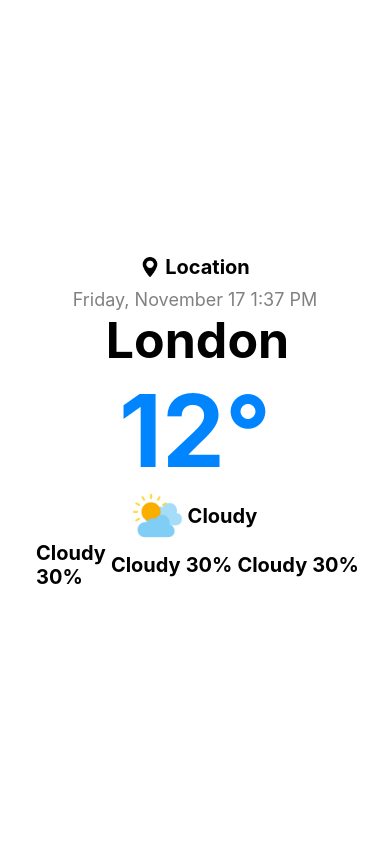
Repository: praveen080/react-native-weatherAppV1
Screen: /
An editor plug-in stored every save of this project. The screen is shown before and after a run of saves, followed by the edit.
The app was drawn by React Native's web renderer in a window 390 px wide. The project was rebuilt for these pictures with package versions that can differ from the ones it lists, and the page was loaded fresh each time. Also part of the build but not shown: Screens/startUp.js.

Above is the screen before, as saved 2023-11-17 13:49:46.

### App.js
import { StatusBar } from "expo-status-bar";
import { StyleSheet, Text, View } from "react-native";
import StartPage from "./Screens/startUp";
import Home from "./Screens/Home";

export default function App() {
  return (
    <View style={styles.container}>
      {/* <StartPage /> */}
      <Home />
    </View>
  );
}

const styles = StyleSheet.create({
  container: {
    flex: 1,
    backgroundColor: "#ff f",
    alignItems: "center",
    justifyContent: "center",
  },
});

### Screens/Home.js
import React from "react";
import { View, Text, Image, TouchableOpacity, StyleSheet } from "react-native";

const Home = () => {
  const currentDate = new Date();

  // Format the date and time
  const formattedDate = currentDate.toLocaleDateString("en-US", {
    weekday: "long",
    day: "numeric",
    month: "long",
  });

  const formattedTime = currentDate.toLocaleTimeString("en-US", {
    hour: "numeric",
    minute: "numeric",
    hour12: true,
  });
  return (
    <View style={styles.container}>
      {/* Location Text with Icon */}
      <TouchableOpacity style={styles.locationContainer}>
        <Image source={require("./assets/location.png")} style={styles.icon} />
        <Text style={styles.locationText}>Location</Text>
      </TouchableOpacity>

      {/* Current Time and Date */}
      <Text style={styles.dateTimeText}>
        {formattedDate} {formattedTime}
      </Text>
      <Text style={styles.location}>London</Text>

      {/* Numbers */}
      <View style={styles.numbersContainer}>
        <Text style={styles.number}>12°</Text>
      </View>

      <View style={styles.locationContainer}>
        <Image
          source={require("./assets/cloudy-day.png")}
          style={styles.iconS}
        />
        <Text style={styles.locationText}>Cloudy</Text>
      </View>
      <View style={styles.locationContainer}>
        <View >
          <Text style={styles.locationText}>Cloudy</Text>
          <Text style={styles.locationText}>30%</Text>
        </View>
        <View style={styles.locationContainer}>
          <Text style={styles.locationText}>Cloudy</Text>
          <Text style={styles.locationText}>30%</Text>
        </View>
        <View style={styles.locationContainer}>
          <Text style={styles.locationText}>Cloudy</Text>
          <Text style={styles.locationText}>30%</Text>
        </View>
      </View>
    </View>
  );
};

export default Home;

export const styles = StyleSheet.create({
  container: {
    flex: 1,
    alignItems: "center",
    justifyContent: "center",
  },
  locationContainer: {
    flexDirection: "row",
    alignItems: "center",
  },
  locationText: {
    fontSize: 20,
    marginLeft: 5,
    fontWeight: "bold",
  },
  location: {
    fontSize: 50,
    marginLeft: 5,
    fontWeight: "bold",
  },
  icon: {
    width: 20,
    height: 20,
  },
  iconS: {
    width: 50,
    height: 50,
  },
  dateTimeText: {
    fontSize: 18,
    marginTop: 10,
    color: "grey",
  },
  numbersContainer: {
    flexDirection: "row",
    alignItems: "center",
    // marginTop: 20,
  },
  number: {
    fontSize: 100,
    // marginRight: 10,
    fontWeight: "bold",
    color: "#0085FE",
  },
  logo: {
    width: 100,
    height: 100,
    marginTop: 20,
  },
  card: {
    width: 350,
    height: 100,
    borderRadius: 10,
    backgroundColor: "lightblue",
    marginTop: 20,
  },
});

// // Weather.js

// import React, { useState } from "react";
// import { View, Text, TextInput, Button, StyleSheet } from "react-native";
// import axios from "axios";

// const Home = () => {
//   const [city, setCity] = useState("");
//   const [weatherData, setWeatherData] = useState(null);
//   const [error, setError] = useState("");

//   const apiKey = "2891236865fb81dd11cf0be56216e1cb";

//   const fetchWeatherData = async () => {
//     try {
//       const response = await axios.get(
//         `https://api.openweathermap.org/data/2.5/weather?q=${city}&appid=${apiKey}&units=metric`
//       );
//       setWeatherData(response.data);
//       setError("");
//     } catch (error) {
//       setWeatherData(null);
//       setError("City not found. Please try again.");
//     }
//   };

//   return (
//     <View style={styles.container}>
//       <Text style={styles.title}>Weather App</Text>
//       <TextInput
//         style={styles.input}
//         placeholder="Enter city"
//         value={city}
//         onChangeText={(text) => setCity(text)}
//       />
//       <Button title="Get Weather" onPress={fetchWeatherData} />
//       {weatherData && (
//         <View>
//           <Text>{`City: ${weatherData.name}`}</Text>
//           <Text>{`Temperature: ${weatherData.main.temp}°C`}</Text>
//           {/* Add more weather details as needed */}
//         </View>
//       )}
//       {error !== "" && <Text style={styles.error}>{error}</Text>}
//     </View>
//   );
// };

// const styles = StyleSheet.create({
//   container: {
//     flex: 1,
//     justifyContent: "center",
//     alignItems: "center",
//   },
//   title: {
//     fontSize: 20,
//     fontWeight: "bold",
//     marginBottom: 10,
//   },
//   input: {
//     height: 40,
//     borderColor: "gray",
//     borderWidth: 1,
//     marginBottom: 10,
//     padding: 10,
//     width: 200,
//   },
//   error: {
//     color: "red",
//     marginTop: 10,
//   },
// });

// export default Home;

After the next 3 saves:
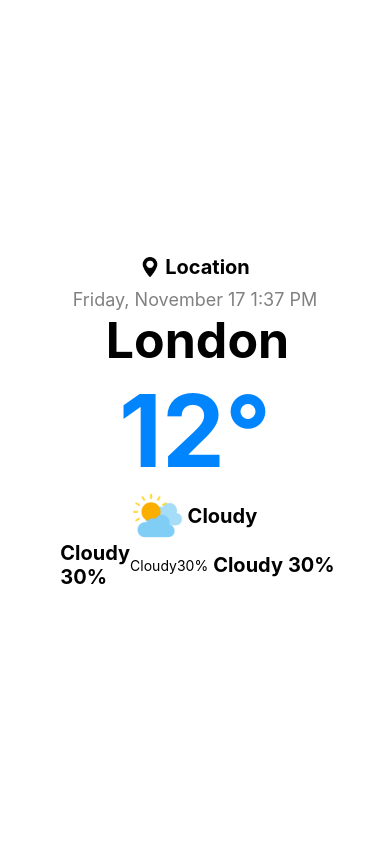
The 3 saves are shown as one change because 1 did not build or start and some came seconds apart.
The last was saved 17 s later.
--- a/Screens/Home.js
+++ b/Screens/Home.js
@@ -48,8 +48,8 @@
           <Text style={styles.locationText}>30%</Text>
         </View>
         <View style={styles.locationContainer}>
-          <Text style={styles.locationText}>Cloudy</Text>
-          <Text style={styles.locationText}>30%</Text>
+          <Text >Cloudy</Text>
+          <Text>30%</Text>
         </View>
         <View style={styles.locationContainer}>
           <Text style={styles.locationText}>Cloudy</Text>

After the save that followed:
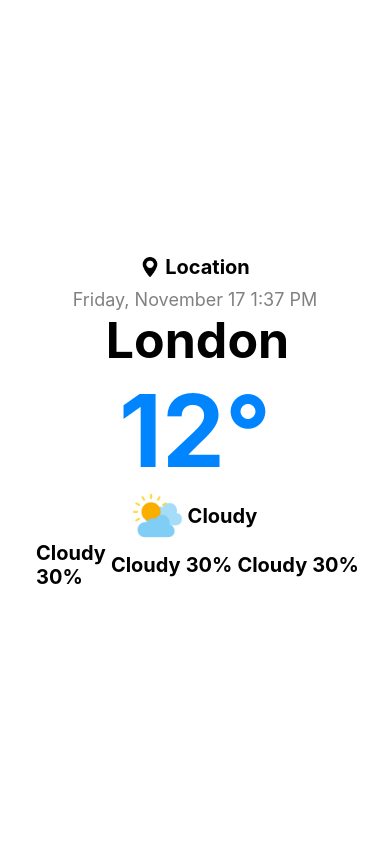
Saved 8 s later.
--- a/Screens/Home.js
+++ b/Screens/Home.js
@@ -48,8 +48,8 @@
           <Text style={styles.locationText}>30%</Text>
         </View>
         <View style={styles.locationContainer}>
-          <Text >Cloudy</Text>
-          <Text>30%</Text>
+          <Text style={styles.locationText}>Cloudy</Text>
+          <Text style={styles.locationText}>30%</Text>
         </View>
         <View style={styles.locationContainer}>
           <Text style={styles.locationText}>Cloudy</Text>
